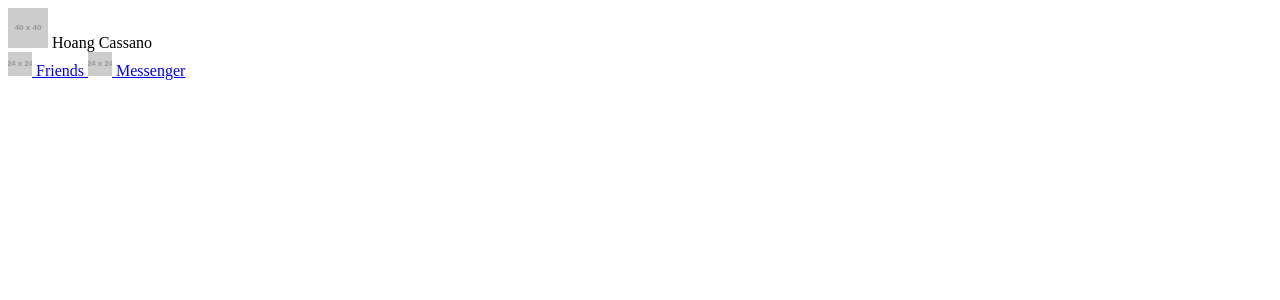
Repository: oafnghh/CassanoSphere
Page: http://localhost/CassanoSphere/www/home/includes/rightBar.jsp
The author's editor kept a copy of each file at every save. The page is drawn from the files as they stood at one save, then again after the next save.
The browser window is 1280 px wide. The pictures show the whole page.
The page is served by Tomcat 9. Other server files are loaded and not shown.

Above is the page before, as saved 2024-07-15 13:57:56.

### CassanoSphere/webapp/www/home/includes/rightBar.jsp

 <div class="flex flex-col w-64 p-4 bg-card text-card-foreground">

  <div class="flex items-center space-x-3 mb-4">
    <img class="w-10 h-10 rounded-full" src="https://placehold.co/40x40" alt="User profile picture" />
    <span class="font-medium">Hoang Cassano</span>
  </div>

  <nav class="flex flex-col space-y-2">
    <a href="#" class="flex items-center space-x-3 text-foreground hover:bg-muted p-2 rounded">
      <img src="https://placehold.co/24x24?text=👥" alt="Friends icon" />
      <span>Friends</span>
    </a>
    <a href="#" class="flex items-center space-x-3 text-foreground hover:bg-muted p-2 rounded">
      <img src="https://placehold.co/24x24?text=👥" alt="Messenger icon" />
      <span>Messenger</span>
    </a>
  </nav>

</div>

After the next save:
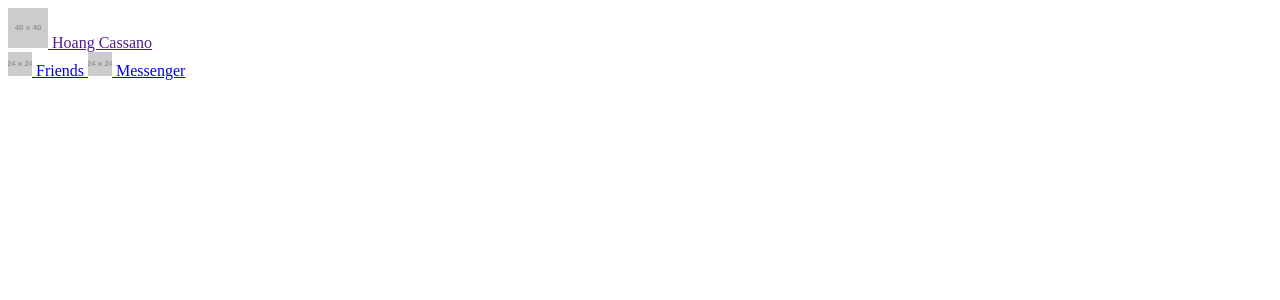
Saved 39 min 33 s later.
--- a/CassanoSphere/webapp/www/home/includes/rightBar.jsp
+++ b/CassanoSphere/webapp/www/home/includes/rightBar.jsp
@@ -1,10 +1,12 @@
 
  <div class="flex flex-col w-64 p-4 bg-card text-card-foreground">
 
+  <a href="">
   <div class="flex items-center space-x-3 mb-4">
     <img class="w-10 h-10 rounded-full" src="https://placehold.co/40x40" alt="User profile picture" />
     <span class="font-medium">Hoang Cassano</span>
   </div>
+  </a>
 
   <nav class="flex flex-col space-y-2">
     <a href="#" class="flex items-center space-x-3 text-foreground hover:bg-muted p-2 rounded">
